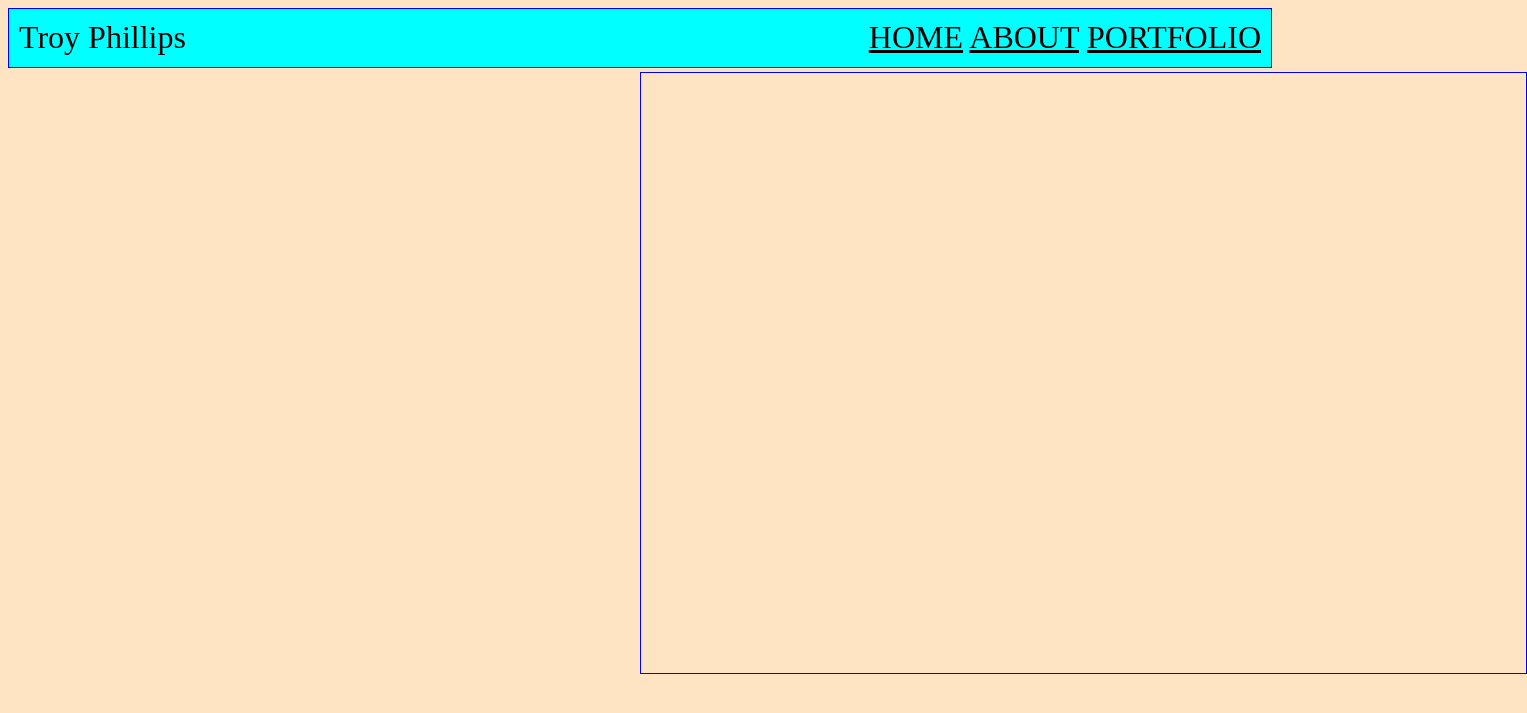
Repository: TheTroyPhillips/Personal-website
Page: portfolio.html
These files come from the project's save history. The page is drawn as it stood at one moment and after a run of saves; the edit follows.
The browser window is 1280 px wide. The page is 1527 px wide, then 1312 px, so the pictures cover 1527 px, including what lies to the right of the window. The pictures show the whole page.

Above is the page before, as saved 2023-09-10 22:31:39.

### portfolio.html
<!DOCTYPE html>
<html lang="en">
<head>
    <meta charset="UTF-8">
    <meta name="viewport" content="width=device-width, initial-scale=1.0">
    <title>Document</title>
    <link rel="stylesheet" href="style.css">
</head>
<body>

    <div class="parent">
        <div class="child">
            <span class="myname">Troy Phillips</span>
        <nav class="pages">
            <a class="active" href="/">HOME</a>
            <a href="/about.html">ABOUT</a>
            <a href="/portfolio.html">PORTFOLIO</a>
        </div>
        <div class="childc">

        </div>

### style.css
.child{
    width: 100%;
    height: 60px;
    border: 1px solid blue;
    display: inline-block;
    box-sizing: border-box;
    background-color: aqua;
    padding: 10px;
}
.childb{
    width: 70%;
    height: 600px;
    border: 1px solid blue
}
.myname{
    float: left;
    font-size: 2rem;
}
.pages{
    float: right;
    font-size: 2rem;
}
.pages a.active{
    color: inherit;
}
.pages a{
    color: inherit;
}
body{
    background-color: bisque;
}
main{
    text-align: center;
    margin-left: 5%;
    margin-right: 5%;
    font-size: 1.8rem;
}
p{
    text-align: center;
    font-size: 2.5rem;
    font-family: Verdana, Geneva, Tahoma, sans-serif;
    margin: 130px;
}
.pa{
    margin: 10px;
}
h2{
    font-size: 3rem;
}
.childc{
    width: 70%;
    height: 600px;
    border: 1px solid blue;
    margin-left: 50%
}

After the next 2 saves:
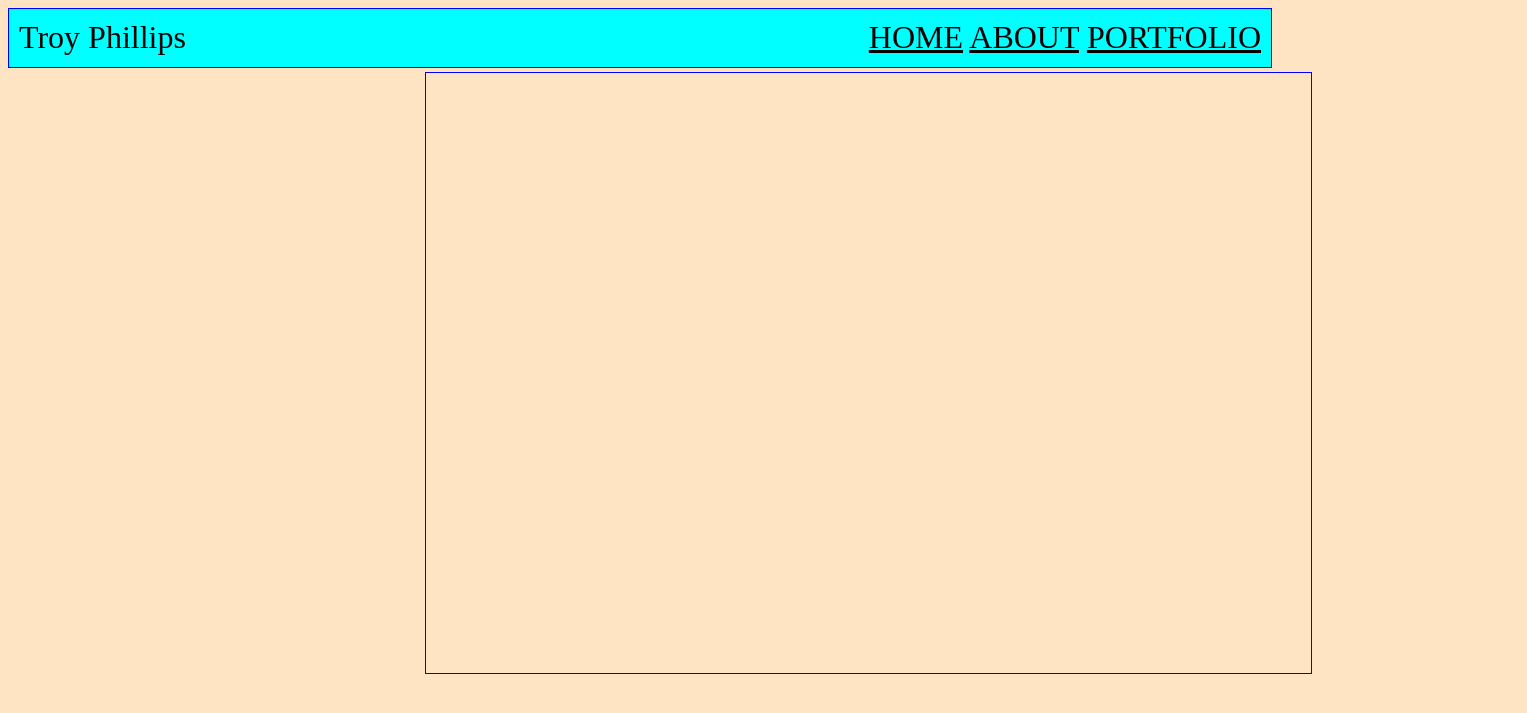
The 2 saves are shown as one change because they came seconds apart.
The last was saved 9 s later.
--- a/style.css
+++ b/style.css
@@ -51,5 +51,5 @@ h2{
     width: 70%;
     height: 600px;
     border: 1px solid blue;
-    margin-left: 50%
+    margin-left: 33%
 }
